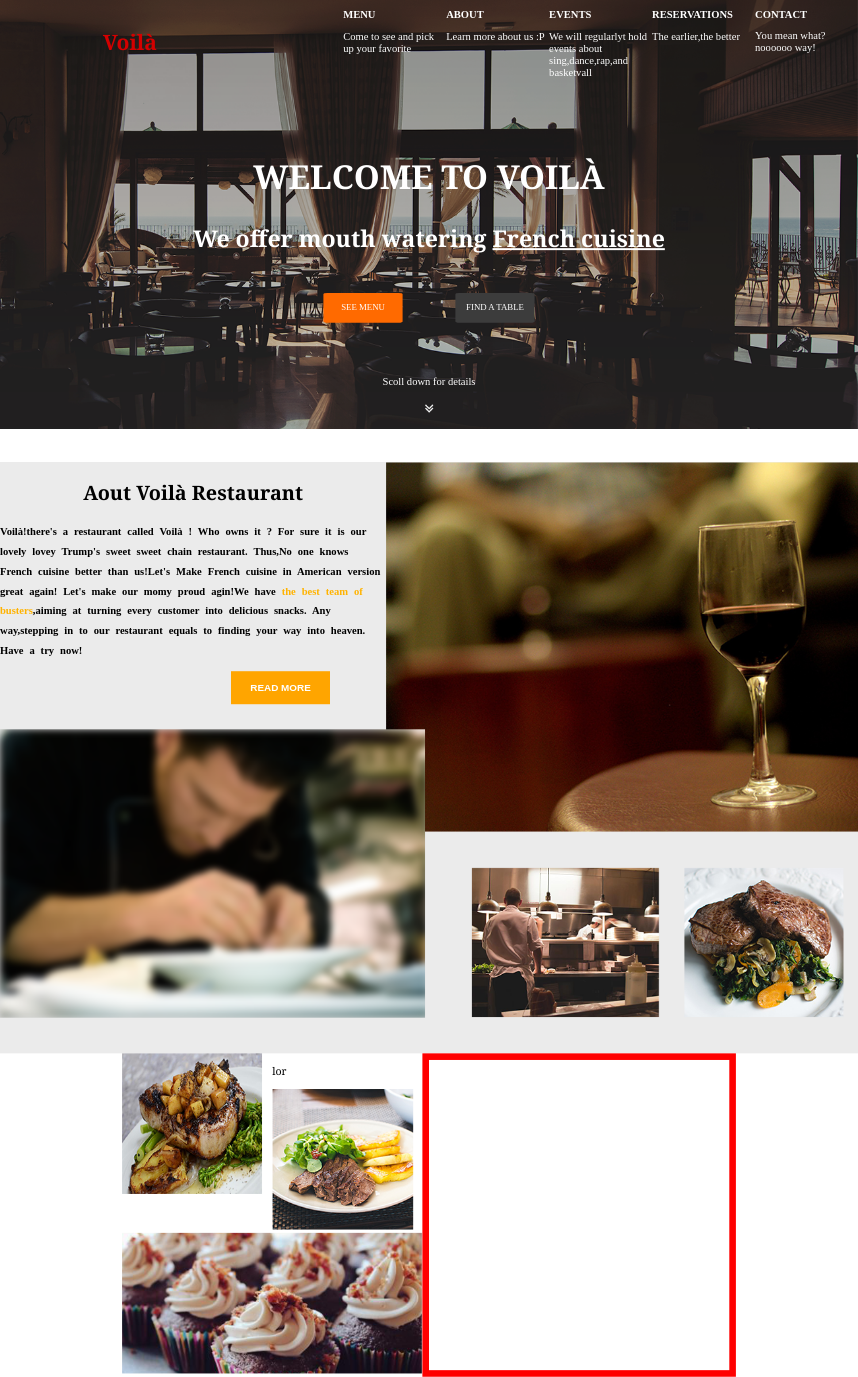
Repository: sis-shen/HTML_vsc
Page: adc_v2/index.html
The author's editor kept a copy of each file at every save. The page is drawn from the files as they stood at one save, then again after the next save.
The browser window is 1280 px wide. The page is 1300 px wide, so the pictures cover 1300 px, including what lies to the right of the window. The pictures show the whole page, at 66% of full size.

Above is the page before, as saved 2023-08-17 09:22:53.

After the next save:
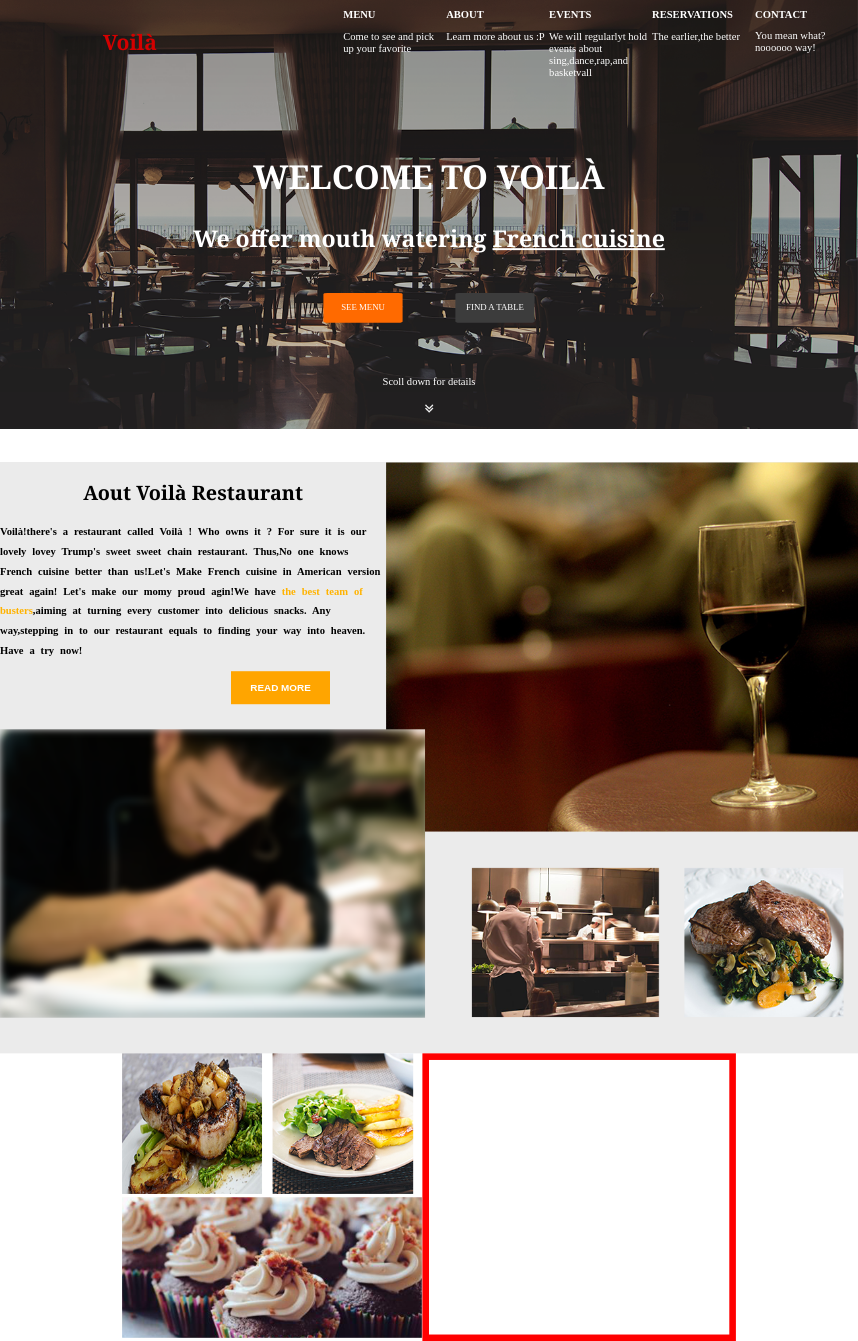
Saved 10 s later.
--- a/adc_v2/index.html
+++ b/adc_v2/index.html
@@ -78,7 +78,7 @@
         <div class="left-dish-box">
             <div class="uper">
                 <div class="left"><img src="img/Steak and vegetables - Foodies Feed.png" alt="" ></div>
-                <div class="right"> <p>lor</p><img src="img/Beef-steak-pineapple-salad Foodies Feed.png" alt="" id="cup-cake" ></div>
+                <div class="right"> <img src="img/Beef-steak-pineapple-salad Foodies Feed.png" alt="" id="cup-cake" ></div>
 
             </div>
 
